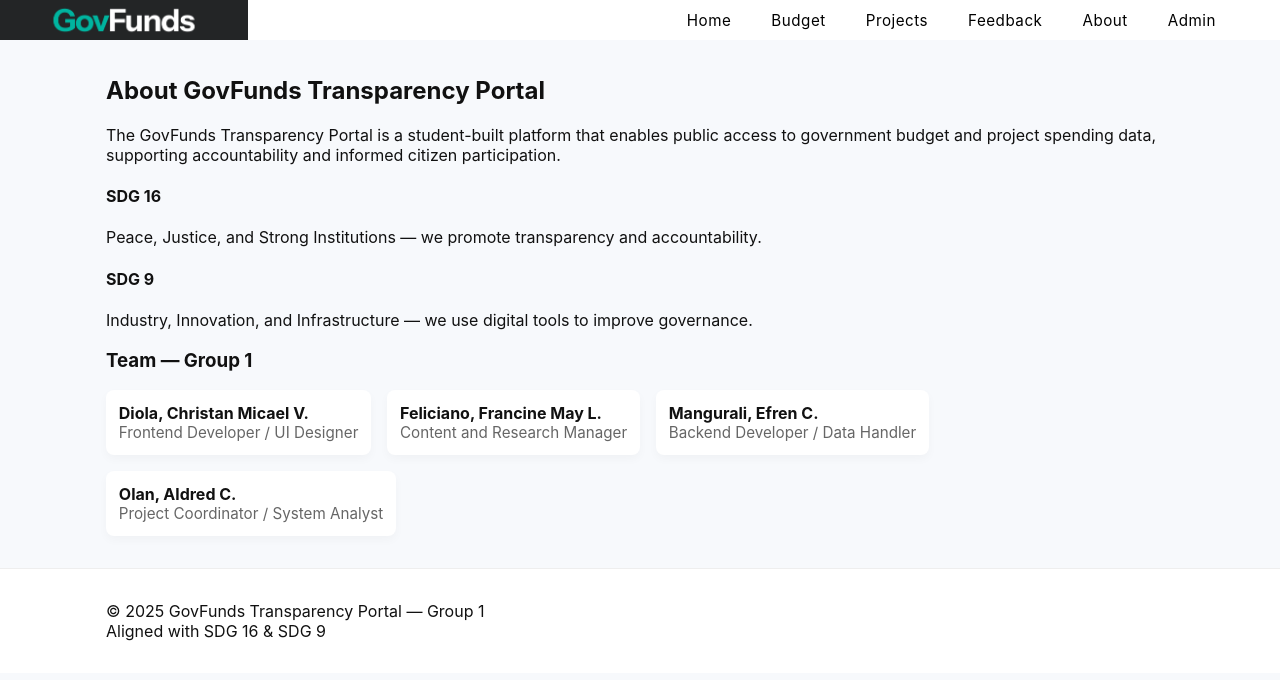
Repository: efren319/GovFunds
Page: http://localhost/about
An editor plug-in stored every save of this project. The page is shown before and after the next save, followed by the edit.
The browser window is 1280 px wide. The pictures show the whole page.
The page is served by the project's application, run on Flask 3 (app.py).

Above is the page before, as saved 2025-11-10 21:40:07.

### templates/about.html
<!-- templates/about.html -->
{% extends "base.html" %}
{% block content %}
<h2>About GovFunds Transparency Portal</h2>
<p>The GovFunds Transparency Portal is a student-built platform that enables public access to government budget and project spending data, supporting accountability and informed citizen participation.</p>

<section class="sdg-cards">
  <div class="sdg">
    <h4>SDG 16</h4>
    <p>Peace, Justice, and Strong Institutions — we promote transparency and accountability.</p>
  </div>
  <div class="sdg">
    <h4>SDG 9</h4>
    <p>Industry, Innovation, and Infrastructure — we use digital tools to improve governance.</p>
  </div>
</section>

<h3>Team — Group 1</h3>
<div class="team-grid">
  {% for t in team %}
  <div class="team-card">
    <strong>{{ t.name }}</strong>
    <div class="muted">{{ t.role }}</div>
  </div>
  {% endfor %}
</div>
{% endblock %}

### templates/base.html
<!-- templates/base.html -->
<!doctype html>
<html lang="en">
<head>
  <meta charset="utf-8">
  <meta name="viewport" content="width=device-width,initial-scale=1">
  <title>GovFunds Transparency Portal</title>
  <link rel="stylesheet" href="{{ url_for('static', filename='style.css') }}?v=3">
  <script src="https://cdn.jsdelivr.net/npm/chart.js"></script>
</head>
<body>
  <header class="nav">
    <div class="logo"><a href="{{ url_for('home') }}"><img src="{{ url_for('static', filename='logo.png') }}" alt="GovFunds Logo"></a></div>
    <div class="nav-inner">
      <nav>
        <a href="{{ url_for('home') }}">Home</a>
        <a href="{{ url_for('budget') }}">Budget</a>
        <a href="{{ url_for('projects') }}">Projects</a>
        <a href="{{ url_for('feedback') }}">Feedback</a>
        <a href="{{ url_for('about') }}">About</a>
        <a href="{{ url_for('admin') }}" class="admin-link">Admin</a>
      </nav>
    </div>
  </header>

  {% block hero %}{% endblock %}

  <main class="container">
    {% with messages = get_flashed_messages(with_categories=true) %}
      {% if messages %}
        <div class="flash-list">
          {% for category, msg in messages %}
            <div class="flash {{ category }}">{{ msg }}</div>
          {% endfor %}
        </div>
      {% endif %}
    {% endwith %}
    {% block content %}{% endblock %}
  </main>

  <footer class="footer">
    <div class="container">
      <div>© 2025 GovFunds Transparency Portal — Group 1</div>
      <div>Aligned with SDG 16 & SDG 9</div>
    </div>
  </footer>
</body>
</html>

### app.py
# app.py
from flask import Flask, render_template, g, request, redirect, url_for, jsonify, flash
import sqlite3
import os

BASE_DIR = os.path.dirname(os.path.abspath(__file__))
DB_PATH = os.path.join(BASE_DIR, 'govfunds.db')
DATABASE = "govfunds.db"

app = Flask(__name__)
app.secret_key = 'replace-with-a-secure-key'  # change in production

def get_db():
    db = getattr(g, "_database", None)
    if db is None:
        db = g._database = sqlite3.connect(DATABASE)
        db.row_factory = sqlite3.Row  # <-- this is important
    return db

@app.teardown_appcontext
def close_connection(exception):
    db = getattr(g, '_database', None)
    if db is not None:
        db.close()

# Home
@app.route('/')
def home():
    db = get_db()
    cur = db.execute("SELECT COUNT(*) as cnt, SUM(allocated_budget) as total_alloc, SUM(spent) as total_spent FROM projects")
    stats = cur.fetchone()
    projects_count = stats['cnt'] or 0
    total_alloc = stats['total_alloc'] or 0
    total_spent = stats['total_spent'] or 0
    return render_template('home.html',
                           projects_count=projects_count,
                           total_alloc=total_alloc,
                           total_spent=total_spent)

@app.route('/budget')
def budget():
    db = get_db()
    projects = db.execute("SELECT * FROM projects").fetchall()

    # Get selected year from query parameter (default to 2025)
    selected_year = request.args.get('year', 2025, type=int)

    # Annual budgets data
    annual_budgets = {
        2023: 5268000000000,
        2024: 5768000000000,
        2025: 6326000000000
    }

    # Get department budget data from database for selected year
    department_budgets = db.execute(
        "SELECT department, budget FROM department_budgets WHERE year = ? ORDER BY budget DESC",
        (selected_year,)
    ).fetchall()

    dept_labels = [d['department'] for d in department_budgets]
    dept_data = [d['budget'] for d in department_budgets]

    # Get regional budget data from database for selected year
    regional_budgets = db.execute(
        "SELECT region, budget FROM region_budgets WHERE year = ? ORDER BY region",
        (selected_year,)
    ).fetchall()

    region_labels = [r['region'] for r in regional_budgets]
    region_data = [r['budget'] for r in regional_budgets]

    # Get available years
    available_years = db.execute(
        "SELECT DISTINCT year FROM region_budgets ORDER BY year DESC"
    ).fetchall()
    years = [row['year'] for row in available_years]

    print("Department Labels:", dept_labels)
    print("Department Data:", dept_data)
    print("Region Labels:", region_labels)
    print("Region Data:", region_data)
    print("Selected Year:", selected_year)

    return render_template(
        'budget.html',
        projects=projects,
        dept_labels=dept_labels,
        dept_data=dept_data,
        region_labels=region_labels,
        region_data=region_data,
        selected_year=selected_year,
        available_years=years,
        annual_budget=annual_budgets.get(selected_year, 0),
        department_budgets_list=department_budgets
    )


# API endpoint for budget data (used by Chart.js)
@app.route('/api/budget_data')
def budget_data():
    db = get_db()
    cur = db.execute("SELECT department, SUM(allocated_budget) as allocated, SUM(spent) as spent FROM projects GROUP BY department")
    rows = [dict(r) for r in cur.fetchall()]
    return jsonify(rows)

# Projects listing
@app.route('/projects')
def projects():
    db = get_db()
    cur = db.execute("SELECT * FROM projects ORDER BY id DESC")
    projects = cur.fetchall()
    return render_template('projects.html', projects=projects)

# Project detail
@app.route('/project/<int:pid>')
def project_detail(pid):
    db = get_db()
    cur = db.execute("SELECT * FROM projects WHERE id = ?", (pid,))
    project = cur.fetchone()
    if not project:
        flash('Project not found', 'warning')
        return redirect(url_for('projects'))
    return render_template('project_detail.html', project=project)

# Feedback form
@app.route('/feedback', methods=['GET', 'POST'])
def feedback():
    db = get_db()
    if request.method == 'POST':
        name = request.form.get('name', '').strip()
        email = request.form.get('email', '').strip()
        message = request.form.get('message', '').strip()
        if not message:
            flash('Please enter a message', 'danger')
            return redirect(url_for('feedback'))
        db.execute("INSERT INTO feedback (name,email,message) VALUES (?,?,?)", (name, email, message))
        db.commit()
        flash('Thank you — your feedback has been submitted.', 'success')
        return redirect(url_for('feedback'))
    cur = db.execute("SELECT * FROM feedback ORDER BY created_at DESC LIMIT 10")
    recent = cur.fetchall()
    return render_template('feedback.html', recent=recent)

# About
@app.route('/about')
def about():
    team = [
        {'name': 'Diola, Christan Micael V.', 'role': 'Frontend Developer / UI Designer'},
        {'name': 'Feliciano, Francine May L.', 'role': 'Content and Research Manager'},
        {'name': 'Mangurali, Efren C.', 'role': 'Backend Developer / Data Handler'},
        {'name': 'Olan, Aldred C.', 'role': 'Project Coordinator / System Analyst'}
    ]
    return render_template('about.html', team=team)

# Simple admin to add projects (demo only — protect in production)
@app.route('/admin', methods=['GET', 'POST'])
def admin():
    db = get_db()
    if request.method == 'POST':
        name = request.form.get('name','').strip()
        dept = request.form.get('department','').strip()
        desc = request.form.get('description','').strip()
        allocated = float(request.form.get('allocated_budget') or 0)
        spent = float(request.form.get('spent') or 0)
        status = request.form.get('status') or 'Planned'
        region = request.form.get('region','').strip()
        db.execute(
            "INSERT INTO projects (name, department, description, allocated_budget, spent, status, region) VALUES (?,?,?,?,?,?,?)",
            (name, dept, desc, allocated, spent, status, region)
        )
        db.commit()
        flash('Project added.', 'success')
        return redirect(url_for('admin'))
    cur = db.execute("SELECT * FROM projects ORDER BY id DESC LIMIT 50")
    projects = cur.fetchall()
    return render_template('admin.html', projects=projects)

if __name__ == '__main__':
    app.run(debug=True)

### static/style.css
/* static/style.css */

:root {
  --navy: #00B49F;
  --gold: #FFD700;
  --muted: #666;
  --bg: #f7f9fc;
}

* {
  box-sizing: border-box;
}

html {
  margin: 0;
  padding: 0;
}

body {
  font-family: Inter, Roboto, Poppins, Arial, sans-serif;
  margin: 0;
  padding: 0;
  background: var(--bg);
  color: #111;
}

.container {
  max-width: 1100px;
  margin: 0 auto;
  padding: 1rem;
}

.logo img {
  height: 40px;
}

/* Navigation Styles */
.nav {
  background: #ffffff;
  color: #fff;
  position: sticky;
  top: 0;
  z-index: 100;
  display: flex;
  align-items: stretch;
  padding: 0;
  gap: 0;
  margin: 0;
  width: 100%;
}

.logo {
  flex-shrink: 0;
  display: flex;
  align-items: stretch;
  margin: 0;
  background: #ffffff;
}

.logo a {
  text-decoration: none;
  display: flex;
  align-items: center;
  padding: 0px;
  margin: 0;
}

.logo img {
  height: 40px;
}

.nav-inner {
  display: flex;
  justify-content: flex-end;
  align-items: stretch;
  flex: 1;
  padding: 0 64px;
}

nav {
  display: flex;
  gap: 2.5rem;
  align-items: center;
  height: 100%;
}

nav a {
  color: #000;
  text-decoration: none;
  font-weight: 400;
  font-size: 0.95rem;
  letter-spacing: 0.5px;
  display: flex;
  align-items: center;
  height: 100%;
}

nav a.admin-link {
  background: transparent;
  color: #000;
  padding: 0;
  border-radius: 0;
}

/* Hero Section */
.hero {
  background: #fff;
  padding: 2rem;
  border-radius: 8px;
  margin: 1rem 0;
  box-shadow: 0 6px 18px rgba(3, 3, 3, 0.06);
}

/* Annual Budget Hero Section - Full Width */
.annual-budget-hero {
  background: url('/static/budget_bg.png') center/cover;
  color: #fff;
  padding: 4rem 2rem;
  margin: 0;
  margin-top: -70px;
  box-shadow: 0 8px 24px rgba(0, 0, 0, 0.15);
  width: 100vw;
  position: relative;
  left: 50%;
  right: 50%;
  margin-left: -50vw;
  margin-right: -50vw;
}

.annual-budget-hero-content {
  display: flex;
  justify-content: space-between;
  align-items: center;
  gap: 2rem;
  flex-wrap: wrap;
  max-width: 1400px;
  padding-top: 30px;
  margin: 0 auto;
}

.annual-budget-left {
  flex: 1;
  min-width: 300px;
  background: #1e1e1e;
  border-radius: 16px;
  padding: 15px;
}

.annual-budget-left p {
  margin: 0 0 0.5rem;
  font-size: 1.5rem;
  opacity: 0.9;
}

.annual-budget-left h1 {
  color: #00B49F;
  margin: 0;
  font-size: 3.0rem;
  font-weight: 700;
}

.annual-budget-left p:last-child {
  margin: 0.5rem 0 0;
  font-size: 1.5rem;
  opacity: 0.9;
}

.annual-budget-right {
  flex: 1;
  min-width: 300px;
  background: rgba(255, 255, 255, 0.1);
  padding: 1.2rem;
  border-radius: 16px;
  border: 2px solid #1e1e1e79;
  backdrop-filter: blur(10px);
}

.annual-budget-right p {
  margin: 0;
}

.annual-budget-right p:first-child {
  margin: 0 0 0.5rem;
  font-size: 1.2rem;
  opacity: 0.9;
}

#deptName {
  margin: 0.5rem 0;
  font-size: 1.6rem;
  font-weight: 600;
}

#deptBudget {
  color: #1e1e1e;
  margin: 0;
  font-size: 2.5rem;
  font-weight: 700;
}

.hero h1 {
  margin: 0 0 .25rem;
  font-size: 1.8rem;
}

.hero p {
  margin: 0 0 1rem;
  color: var(--muted);
}

.hero-cta .btn {
  margin-right: 0.6rem;
}

.btn {
  background: var(--navy);
  color: #fff;
  padding: 0.6rem 1rem;
  border: none;
  border-radius: 6px;
  text-decoration: none;
  display: inline-block;
}

.btn.outline {
  background: transparent;
  border: 2px solid var(--navy);
  color: var(--navy);
}

.hero-stats {
  display: flex;
  gap: 1rem;
  margin-top: 1rem;
}

.stat {
  background: #f1f6fb;
  padding: 0.8rem;
  border-radius: 8px;
  flex: 1;
  text-align: center;
}

.stat-value {
  font-weight: 700;
  font-size: 1.1rem;
}

.stat-label {
  color: var(--muted);
  font-size: 0.9rem;
}

/* Cards and Quick Links */
.quick-cards {
  display: flex;
  gap: 1rem;
  margin: 1rem 0;
}

.card {
  flex: 1;
  background: #fff;
  padding: 1rem;
  border-radius: 8px;
  box-shadow: 0 6px 12px rgba(3, 3, 3, 0.04);
}

.small-link {
  display: inline-block;
  margin-top: 0.6rem;
  color: var(--navy);
  text-decoration: none;
}

/* Charts and Tables */
.chart-row {
  background: #fff;
  padding: 1rem;
  border-radius: 8px;
  margin: 1rem 0;
}

.table-section {
  background: #fff;
  padding: 1rem;
  border-radius: 8px;
  margin: 1rem 0;
}

.data-table {
  width: 100%;
  border-collapse: collapse;
}

.data-table th,
.data-table td {
  padding: 0.6rem;
  border-bottom: 1px solid #eee;
  text-align: left;
}

/* Projects Grid */
.projects-grid {
  display: grid;
  grid-template-columns: repeat(auto-fit, minmax(260px, 1fr));
  gap: 1rem;
}

.project-card {
  background: #fff;
  padding: 1rem;
  border-radius: 8px;
  box-shadow: 0 6px 12px rgba(3, 3, 3, 0.04);
}

.project-meta {
  display: flex;
  gap: 1rem;
  justify-content: space-between;
  margin-top: 0.5rem;
  color: var(--muted);
  font-size: 0.9rem;
}

/* Forms */
.form {
  background: #fff;
  padding: 1rem;
  border-radius: 8px;
  box-shadow: 0 6px 12px rgba(3, 3, 3, 0.04);
}

.form-row {
  margin-bottom: 0.6rem;
  display: flex;
  gap: 0.5rem;
}

.form-row input,
.form-row textarea,
select {
  flex: 1;
  padding: 0.6rem;
  border: 1px solid #ddd;
  border-radius: 6px;
}

/* Feedback */
.feedback-list {
  list-style: none;
  padding: 0;
}

.feedback-list li {
  background: #fff;
  padding: 0.8rem;
  margin-bottom: 0.6rem;
  border-radius: 6px;
}

.muted {
  color: var(--muted);
  font-size: 0.95rem;
}

/* Footer */
.footer {
  background: #fff;
  padding: 1rem;
  margin-top: 1rem;
  border-top: 1px solid #eee;
}

/* Team Section */
.team-grid {
  display: flex;
  gap: 1rem;
  flex-wrap: wrap;
}

.team-card {
  background: #fff;
  padding: 0.8rem;
  border-radius: 8px;
  min-width: 200px;
  box-shadow: 0 4px 10px rgba(3, 3, 3, 0.03);
}

/* Flash Messages */
.flash-list .flash {
  margin: 0.6rem 0;
  padding: 0.6rem;
  border-radius: 6px;
}

.flash.success {
  background: #e6f9ec;
  color: #084c22;
}

.flash.danger {
  background: #fdecea;
  color: #7a1b1b;
}

.flash.warning {
  background: #fff4e5;
  color: #5b3b00;
}

After the next save:
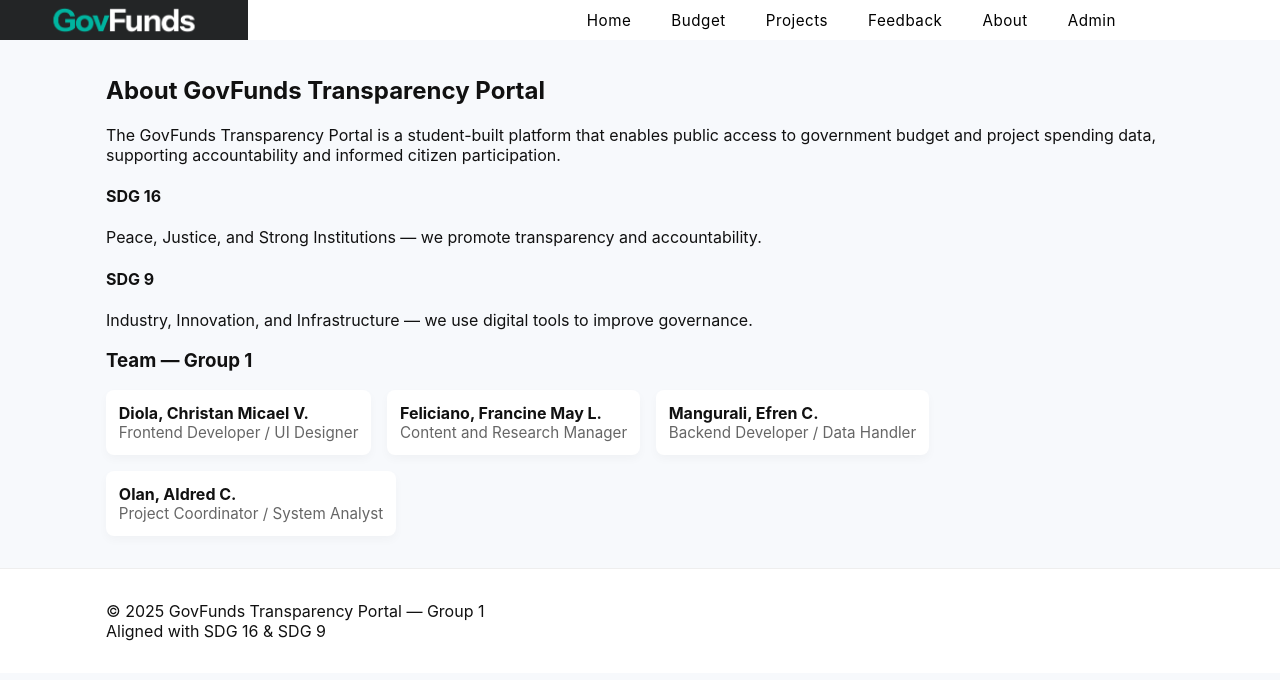
Saved 43 s later.
--- a/static/style.css
+++ b/static/style.css
@@ -74,7 +74,7 @@ body {
   justify-content: flex-end;
   align-items: stretch;
   flex: 1;
-  padding: 0 64px;
+  padding: 0 164px;
 }
 
 nav {
